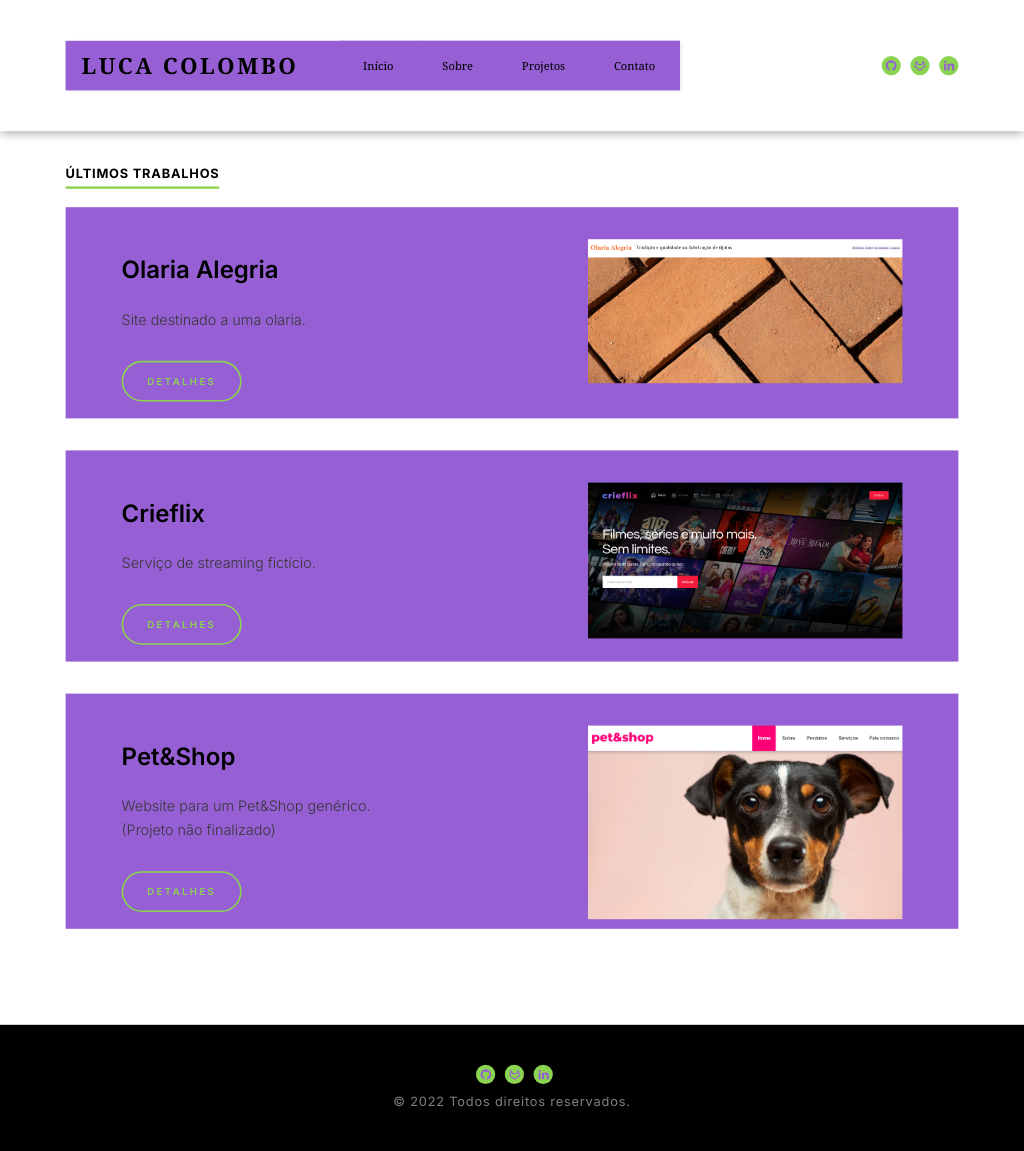
Repository: lxcxcxlxmb/portfolio
Page: projetos.html
These files come from the project's save history. The page is drawn as it stood at one moment and after the next save; the edit follows.
The browser window is 1280 px wide. The pictures show the whole page, at 80% of full size.

Above is the page before, as saved 2022-05-25 22:22:51.

After the next save:
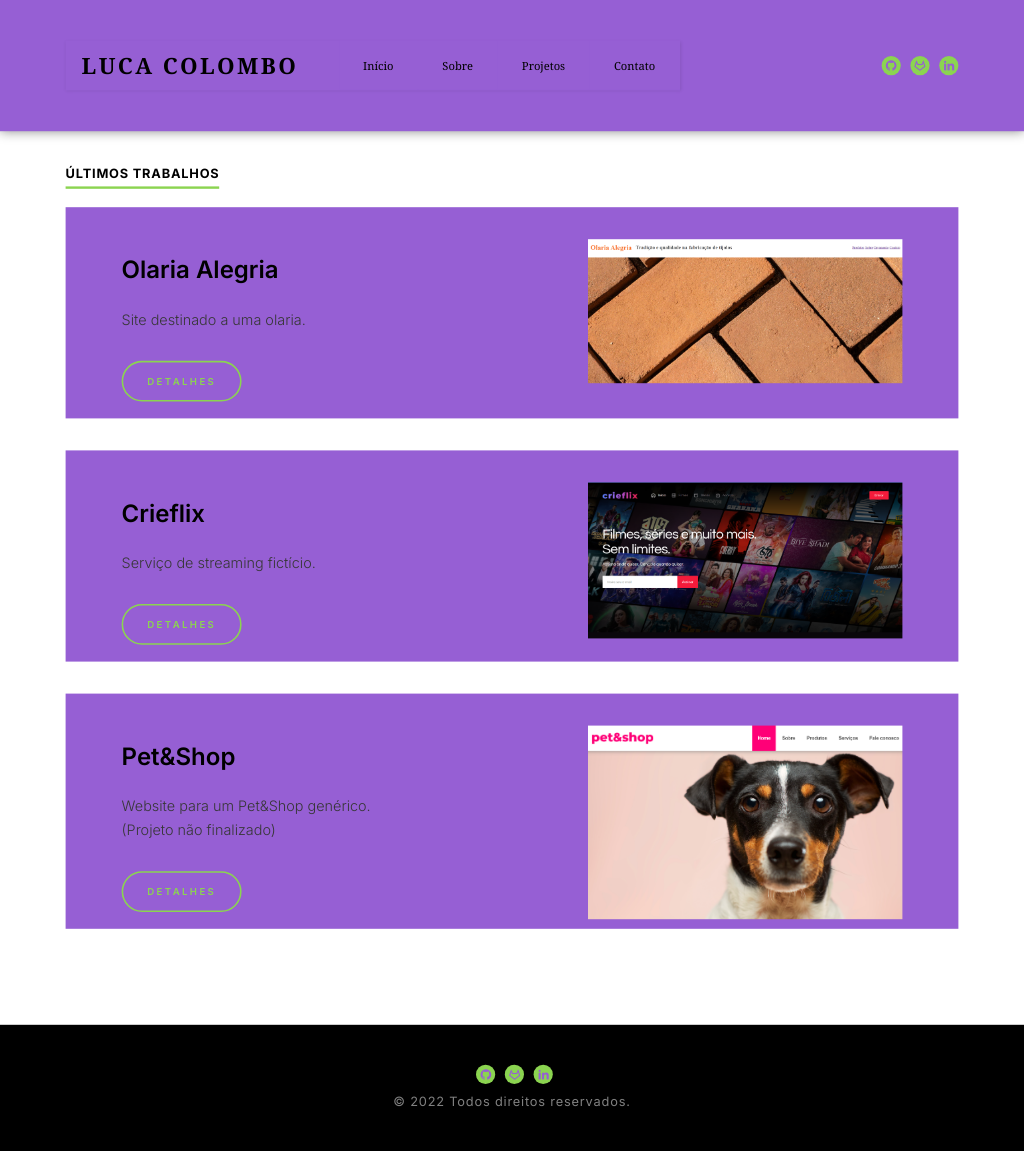
Saved 6 s later.
--- a/styles.css
+++ b/styles.css
@@ -124,7 +124,7 @@ img {
 	top: 0;
 	width: 100%;
 	z-index: 5;
-	background-color: #FFF;
+	background-color: #965fd4;
 	padding: 70px 0;
 	transition-delay: 0s;
 	transition-duration: 0.4s;
